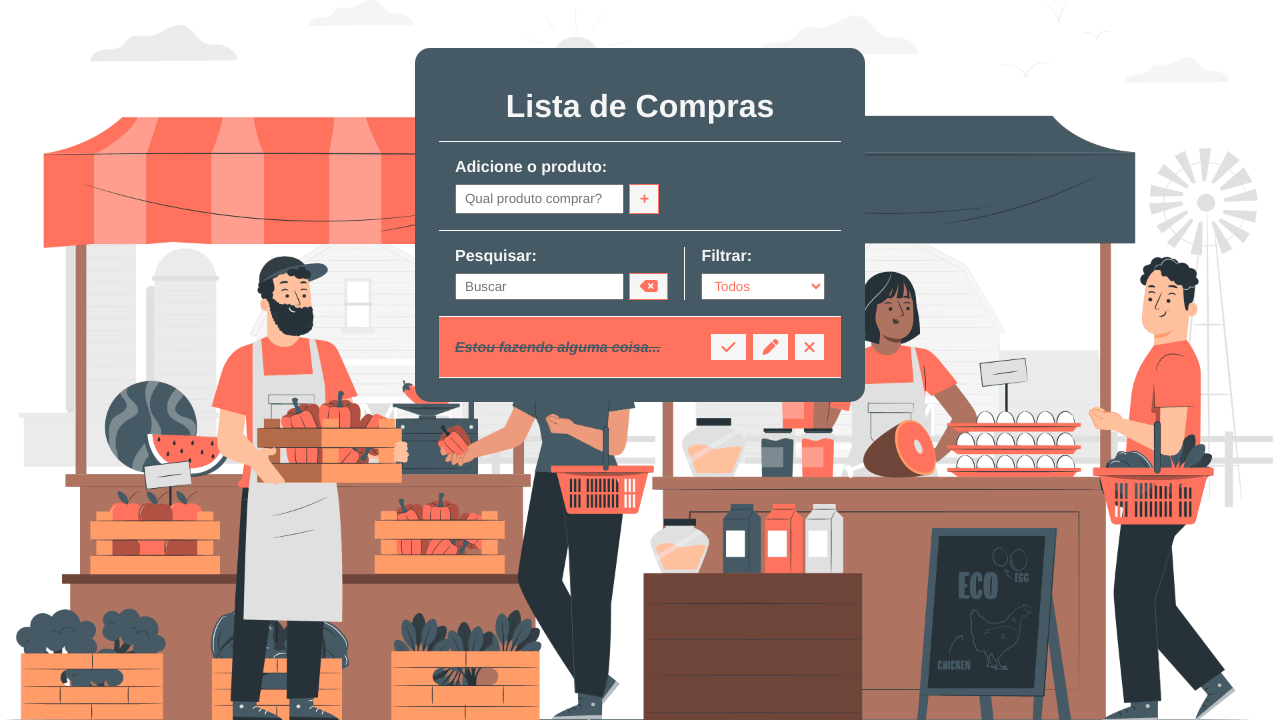
Repository: Dkrvalho/mercado
Page: index.html
These files come from the project's save history. The page is drawn as it stood at one moment and after the next save; the edit follows.
The browser window is 1280 px wide. The pictures show the whole page.

Above is the page before, as saved 2023-01-09 15:25:19.

After the next save:
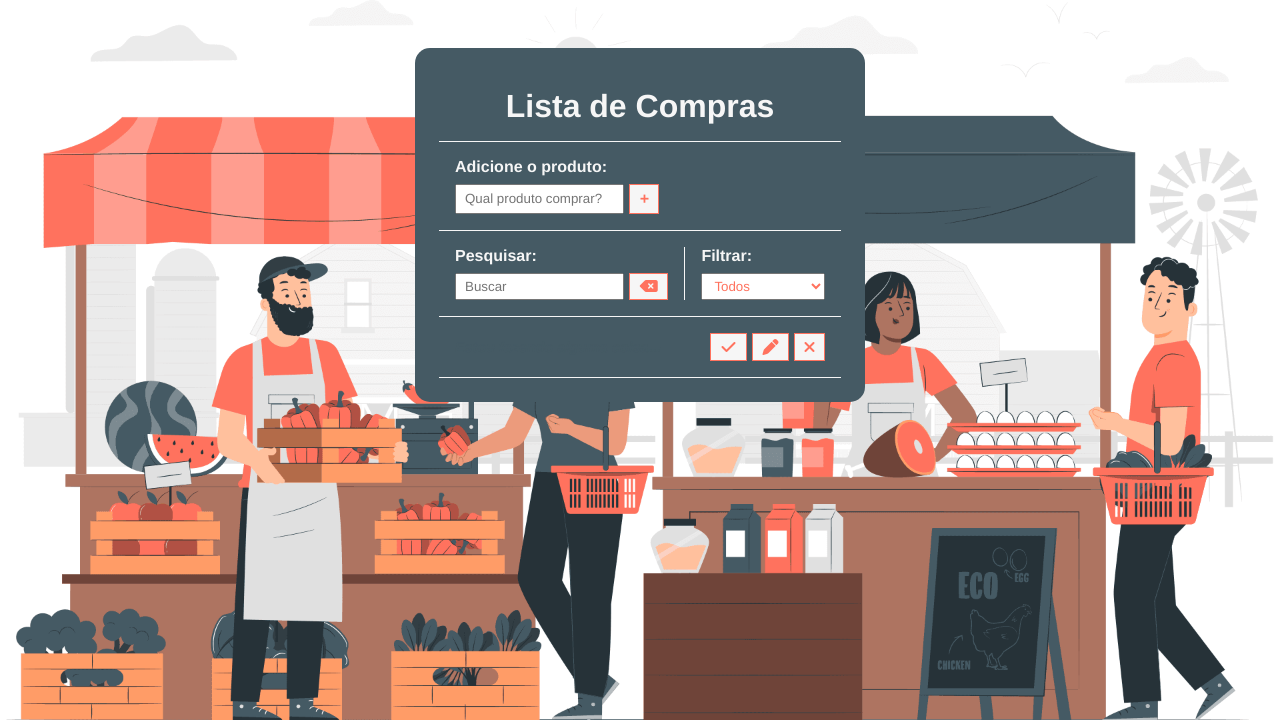
Saved 8 min 45 s later.
--- a/css/style.css
+++ b/css/style.css
@@ -162,7 +162,7 @@ textarea:focus, input:focus {
 }
 
 .done {
-    background-color: #ff725e;
+    background-color: #;
 }
 
 .done h3 {
